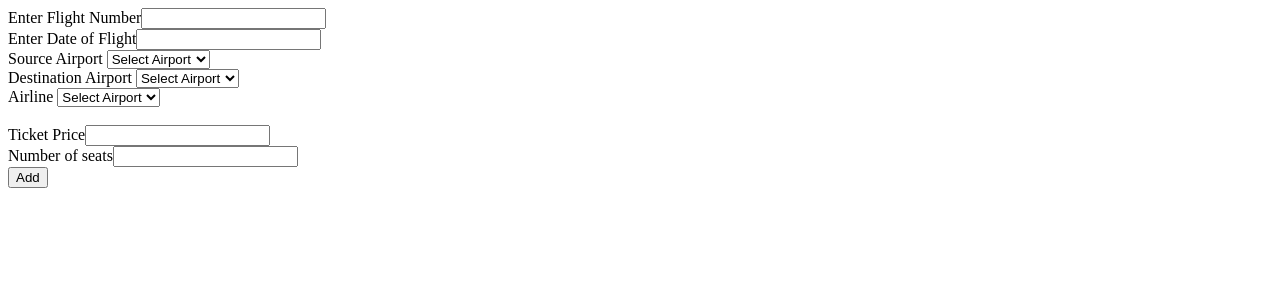
Repository: gotoharjeet/FlyAirline
Page: http://localhost/FlyAirline/addflight.jsp
These files come from the project's save history. The page is drawn as it stood at one moment and after the next save; the edit follows.
The browser window is 1280 px wide. The pictures show the whole page.
The page is served by Tomcat 9. Queries for data that is not in the repository find no rows.

Above is the page before, as saved 2022-08-15 15:01:01.

After the next save:
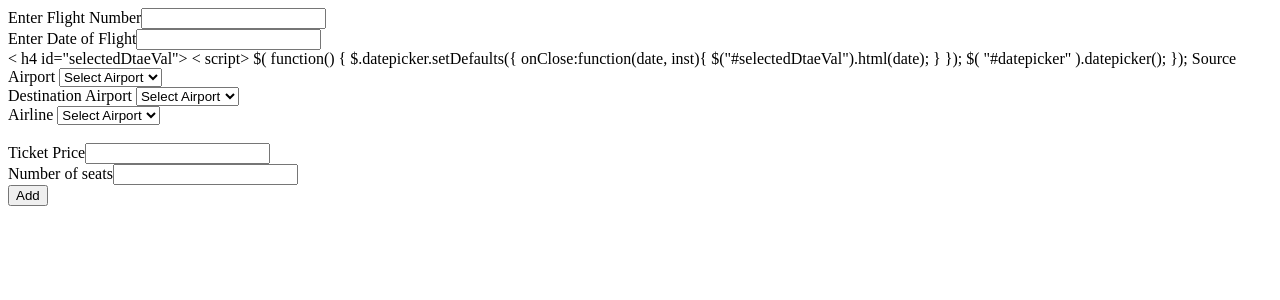
Saved 32 min 43 s later.
--- a/FlyAirline/src/main/webapp/addflight.jsp
+++ b/FlyAirline/src/main/webapp/addflight.jsp
@@ -12,7 +12,20 @@
    <form action="AddFlightServlet" method="post">
 
   Enter Flight Number<input type="text" name="flightNumber"><br/>
-  Enter Date of Flight<input type="datetime" name="dto_flight"><br/>
+  Enter Date of Flight<input type="datetime" name="dto_flight" id="datepicker"><br/>
+  < h4 id="selectedDtaeVal"></h4>
+< script>
+$( function() {
+    $.datepicker.setDefaults({
+        onClose:function(date, inst){
+            $("#selectedDtaeVal").html(date);
+        }
+    });
+
+    $( "#datepicker" ).datepicker();
+});
+</script>
+
    <label>Source Airport</label>
    	<select name="dep_airportCode">
    		<option value="-1">Select Airport
